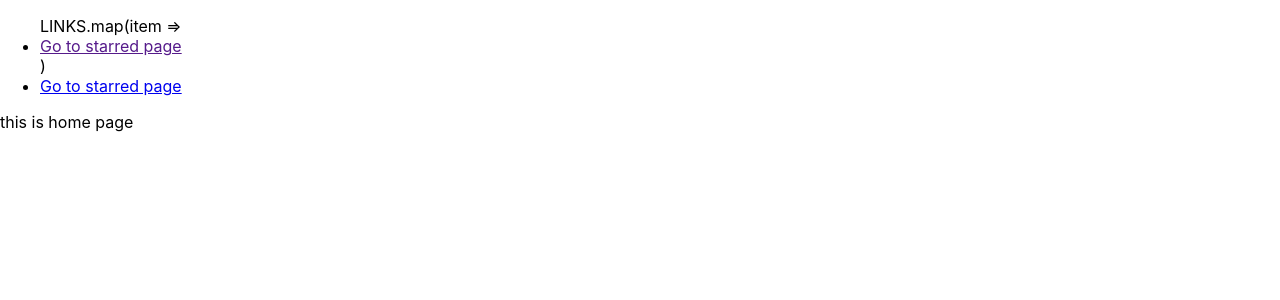
Repository: Hrishabhsinghai/box-office
Page: /
An editor plug-in stored every save of this project. The page is shown before and after a run of saves, followed by the edit.
The browser window is 1280 px wide. The pictures show the whole page.
The project was rebuilt for these pictures with package versions that can differ from the ones it lists, and the page was loaded fresh each time. A package was used in the major version that the imports need, not the one package.json lists.

Above is the page before, as saved 2022-06-28 11:34:01.

After the next 2 saves:
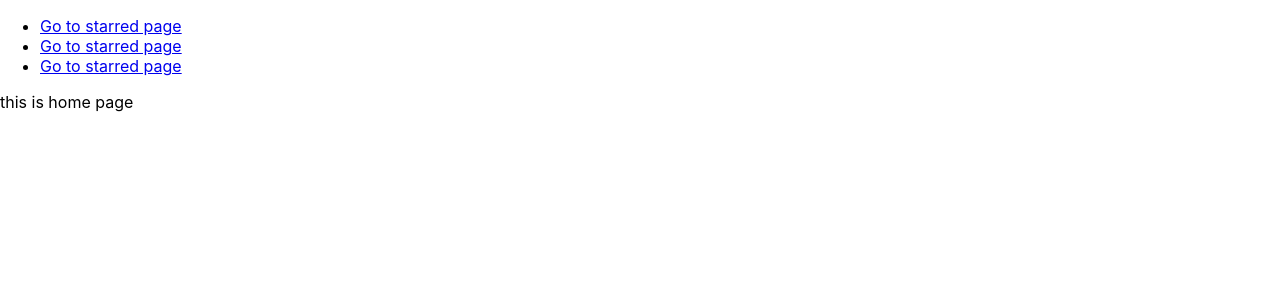
The 2 saves are shown as one change because 1 did not build or start.
The last was saved 92 s later.
--- a/src/components/Navs.js
+++ b/src/components/Navs.js
@@ -10,11 +10,12 @@ const Navs = () => {
   return (
     <div>
       <ul>
-        LINKS.map(item =>{' '}
-        <li>
-          <Link to={ClipboardItem.to}>Go to starred page</Link>
-        </li>
-        )
+        {LINKS.map(item => (
+          <li>
+            {' '}
+            <Link to={item.to}>Go to starred page</Link>
+          </li>
+        ))}
         <li>
           <Link to="/starred">Go to starred page</Link>
         </li>
